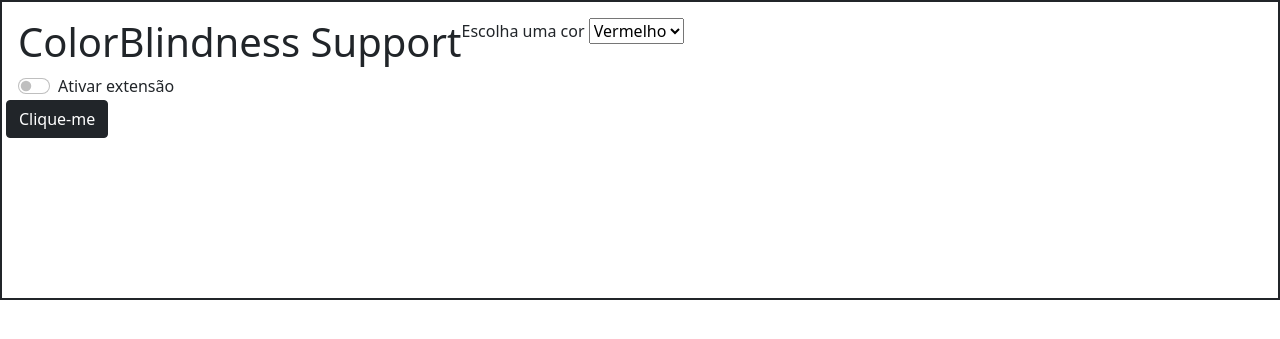
Repository: pedrosiqueira/daltonchrome
Page: popup.html
An editor plug-in stored every save of this project. The page is shown before and after the next save, followed by the edit.
The browser window is 1280 px wide. The pictures show the whole page.

Above is the page before, as saved 2022-06-17 12:07:32.

After the next save:
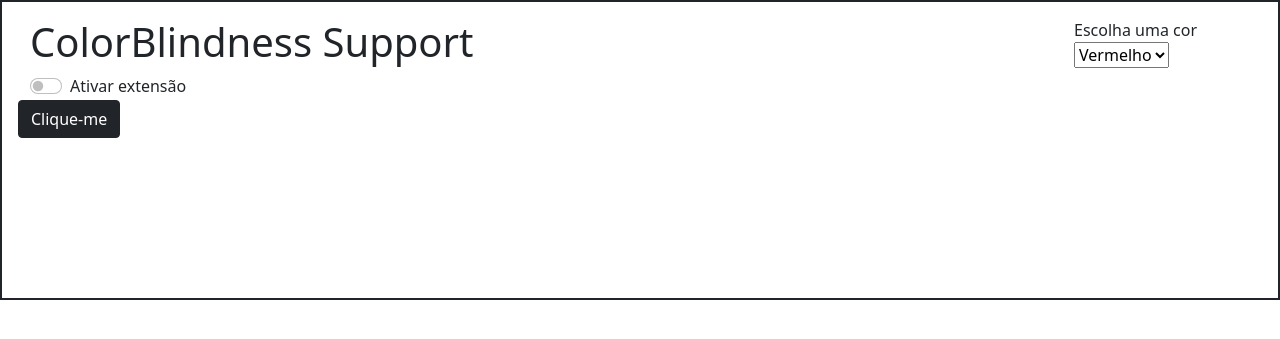
Saved 67 s later.
--- a/popup.html
+++ b/popup.html
@@ -9,7 +9,7 @@
 
 <body class="p-3 d-flex border border-dark border-2 ">
 
-    <div>
+    <div class="container">
 
         <h1> ColorBlindness Support </h1>
 
